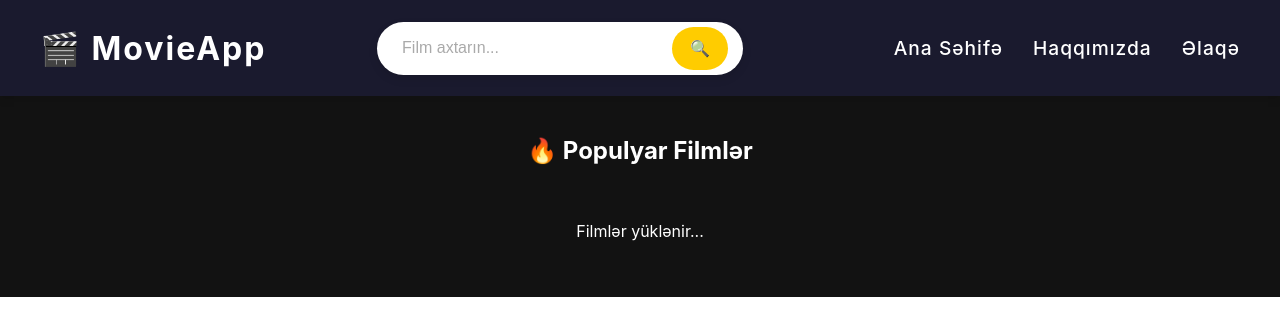
Repository: Zulfiyya077/InternIntelligence_MovieWebsite
Page: /
An editor plug-in stored every save of this project. The page is shown before and after the next save, followed by the edit.
The browser window is 1280 px wide. The pictures show the whole page.
The page's requests for data from a server got no answer. The project was rebuilt for these pictures with package versions that can differ from the ones it lists, and the page was loaded fresh each time. No one was signed in, and anything a server would have sent is missing. Also part of the build but not shown: vite.config.js, src/components/MovieCard.module.css, src/components/MovieCard.jsx, src/pages/MovieDetailsPage.module.css, src/pages/MovieDetailsPage.jsx, src/App.module.css, src/pages/About.module.css, src/pages/About.jsx and 2 more.

Above is the page before, as saved 2025-02-24 01:43:57.

After the next save:
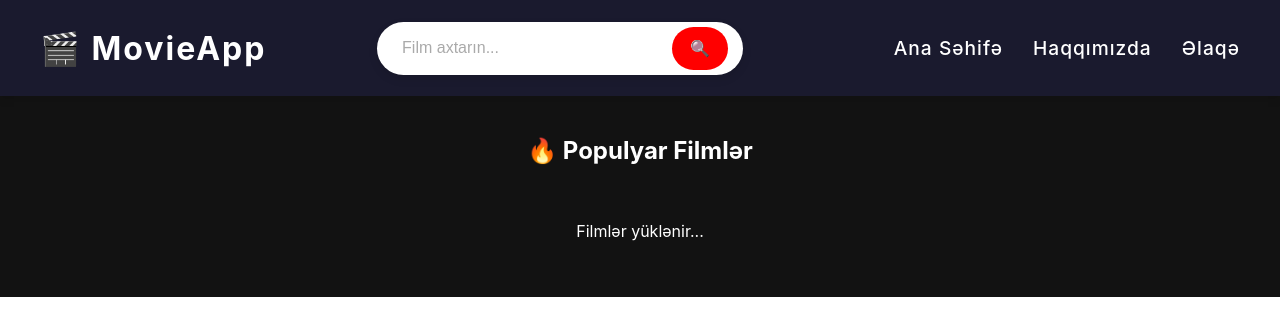
Saved 43 s later.
--- a/src/components/SearchBar.module.css
+++ b/src/components/SearchBar.module.css
@@ -43,7 +43,7 @@
 }
 
 .searchBar button {
-    background-color: #ffcc00;
+    background-color: #ff0000;
     border: none;
     padding: 12px 18px;
     cursor: pointer;
